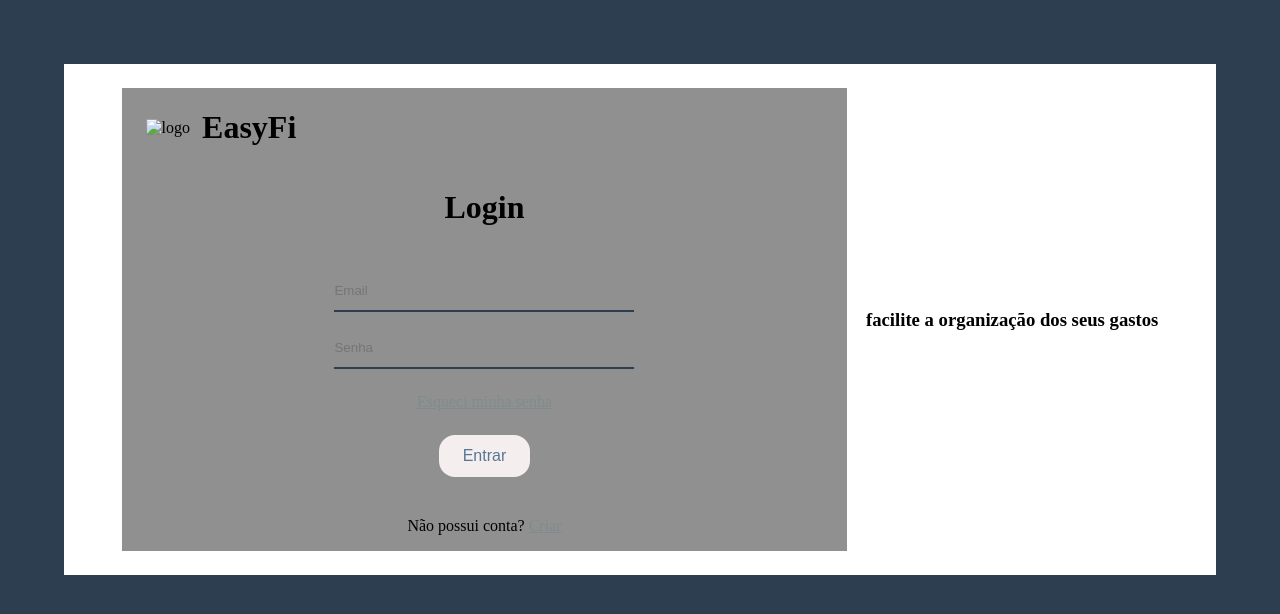
Repository: Ingridiag/projeto-engenharia
Page: login.html
These files come from the project's save history. The page is drawn as it stood at one moment and after a run of saves; the edit follows.
The browser window is 1280 px wide. The pictures show the whole page.
The pointer rests on the first visible `.btn-default button`.

Above is the page before, as saved 2024-10-28 15:55:36.

### login.html
<!DOCTYPE html>
<html lang="pt">

<head>
    <meta charset="UTF-8">
    <meta name="viewport" content="width=device-width, initial-scale=1.0">
    <link rel="stylesheet" href="style.css">
    <title>Login</title>
</head>

<body>
    <div class="container">

        <!-- Tela Login -->
        <div class="login">
            <div class="primeira-coluna">
                <div class="logo">
                    <img src="#" alt="logo">
                    <h1>EasyFi</h1>
                </div>
                <div class="formulario">
                    <h1 class="title">Login</h1>
                    <form >
                        <input type="email" placeholder="Email">
                        <input type="password" placeholder="Senha">
                    </form>
                    <div class="uses">
                        <a href="#" class="link">Esqueci minha senha</a>

                    </div>
                    <div class="btn-default">
                        <button>
                            Entrar
                        </button>
                    </div>
                    <div >
                        <p>Não possui conta?
                            <span>
                                <a href="#" class="link">Criar</a>
                            </span>
                        </p>
                    </div>
                </div>
            </div>
            <div class="segunda-coluna">
                <h3 class="mensagem">
                    facilite a organização dos seus gastos
                </h3>
            </div>
        </div>



        <div class="cadastro">
            <!-- Tela Cadastro -->
            <div class="primeira-coluna">
                <h3 class="mensagem">
                    facilite a organização dos seus gastos
                </h3>
            </div>

            <div class="segunda-coluna">
                <div class="logo">
                    <img src="#" alt="logo">
                    <h1>EasyFi</h1>
                </div>
                <div class="formulario">
                    <h1 class="title">Criar Conta</h1>
                    <form >
                        <input type="text" placeholder="Nome">
                        <input type="email" placeholder="Email">
                        <input type="password" placeholder="Senha">
                        <input type="password" placeholder=" Confirmar senha">
                    </form>
                    <div>
                        <a href="#" class="link">Esqueci minha senha</a>

                    </div>
                    <div class="btn-default">
                        <button>
                            Entrar
                        </button>
                    </div>
                    <div class="uses">
                        <p>Já possui conta?
                            <span>
                                <a href="#" class="link">Login</a>
                            </span>
                        </p>
                    </div>
                </div>
            </div>
        </div>


    </div>

</body>

</html>

### style.css
body {
    margin: 0;
    padding: 0;
    box-sizing: border-box;
    background: #2C3E50;
}
.container{
    display: flex;
    justify-content: center;
    align-items:center;
    margin: 5%;
}

.login{
    width: 100%;
    height: 55vh;
    padding: 5%;
    display: flex;
    align-items: center;
    background: #fff;
    justify-content: space-between;
}

.primeira-coluna{
    width: 70%;
    display: flex;
    flex-direction: column;
    justify-content: center;
    background:#909090;
}
.logo{
    display: flex;
    gap: 12px;
    align-items:center;
    padding-left: 24px;
}
.formulario{
    display: flex;
    flex-direction: column;
    align-items:center;
    gap: 24px;
}
.formulario form{
    display: flex;
    flex-direction: column;
    gap: 16px;
}.formulario form input{
    width: 300px;
   padding: 12px 0px;
   background:none;
   border: none;
   border-bottom: 2px solid #2C3E50;
   outline: none;
   color: #2C3E50;

}
.formulario a{
    color: #7F8C8D;
}
.btn-default button{
    background: #D9D9D9;
    border: none;
    border-radius: 16px;
    padding: 12px 24px;
    font-size: 16px;
    transition: background 0.2s ease;
    cursor: pointer;
}
.btn-default button:hover{
    background: #F4EEEE;
    color: #577695;
    transform: scale;
}

.cadastro{
    display: none;
    flex-direction: column;
    position: relative;
}

After the next 2 saves:
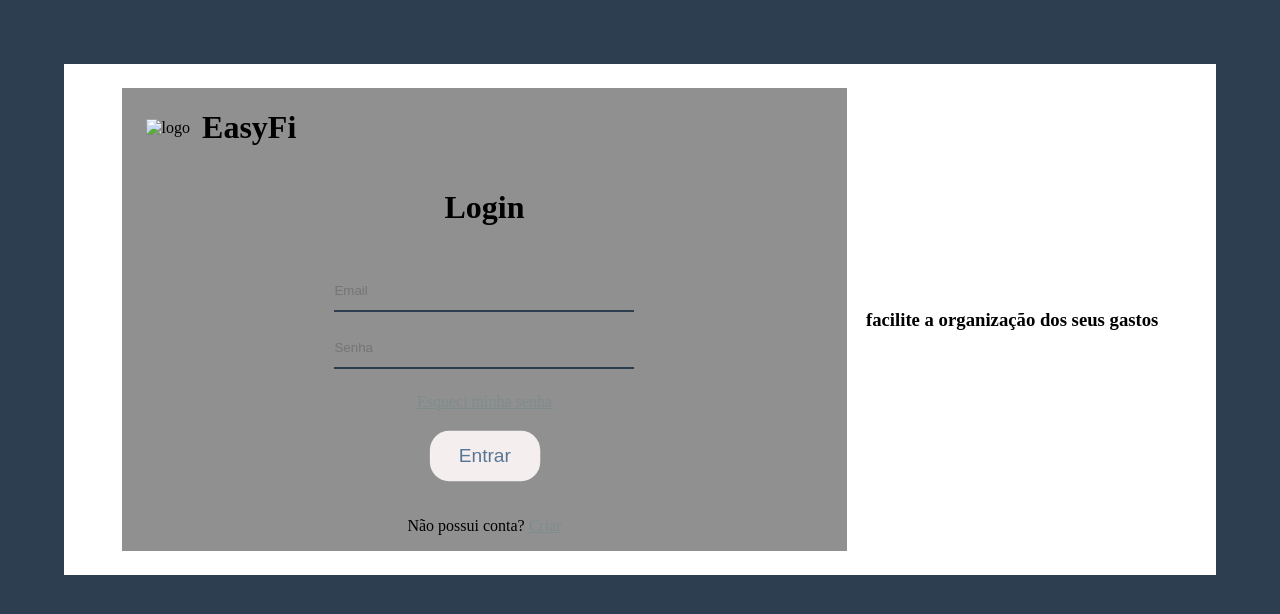
The 2 saves are shown as one change because they came seconds apart.
The last was saved 46 s later.
--- a/style.css
+++ b/style.css
@@ -69,7 +69,7 @@ body {
 .btn-default button:hover{
     background: #F4EEEE;
     color: #577695;
-    transform: scale;
+    transform: scale(1.2);
 }
 
 .cadastro{
